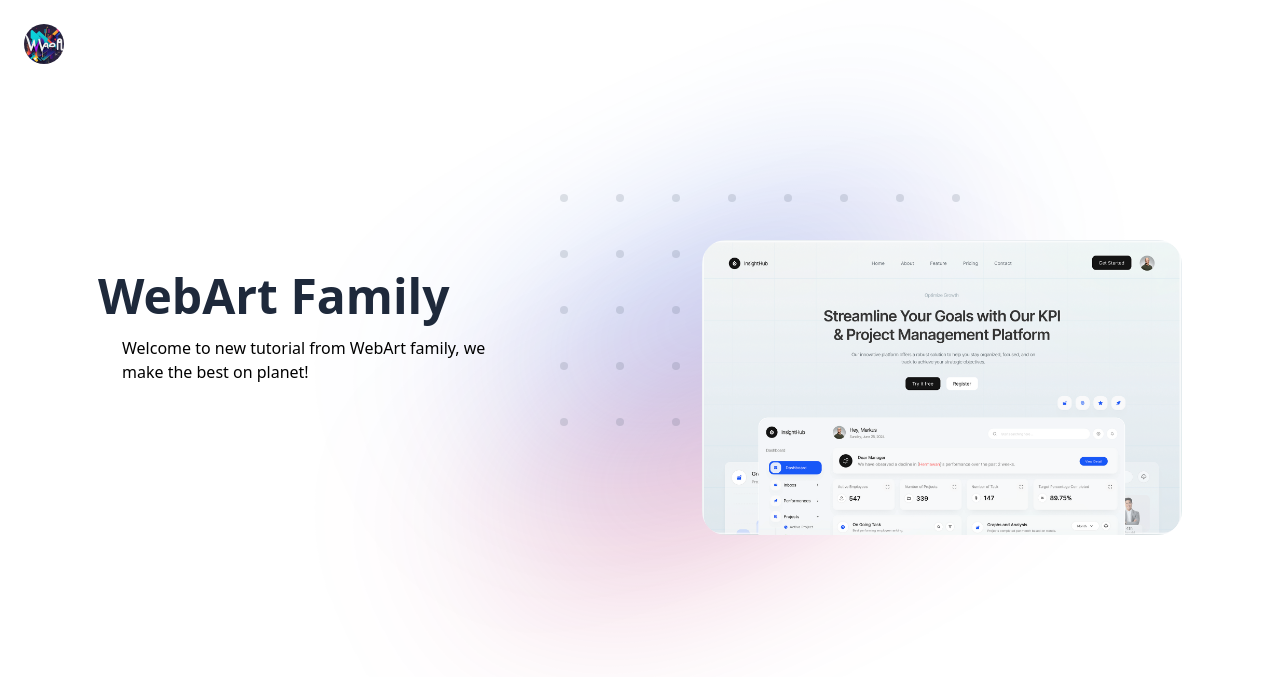
Repository: 30namp/youtube-web-art-code
Page: stunning landing page 1/index.html
The author's editor kept a copy of each file at every save. The page is drawn from the files as they stood at one save, then again after the next save.
The browser window is 1280 px wide. The pictures show the whole page.

Above is the page before, as saved 2024-09-26 21:06:29.

### stunning landing page 1/index.html
<!DOCTYPE html>
<html lang="en">
  <head>
    <meta charset="UTF-8" />
    <meta name="viewport" content="width=device-width, initial-scale=1.0" />
    <title>WebArt Design</title>
    <script src="./tailwindcss.min.js"></script>
  </head>
  <body class="min-h-screen">
    <div
      class="absolute right-[25%] top-[60%] h-12 w-[30rem] rounded-[100%] rotate-[-25deg] bg-pink-700 blur-[6rem]"
    ></div>
    <div
      class="absolute right-[25%] top-[40%] h-12 w-[30rem] rounded-[100%] rotate-[-25deg] bg-blue-700 blur-[6rem]"
    ></div>
    <div
      class="grid grid-cols-8 gap-12 absolute right-[25%] top-[27%] animate-pulse"
    >
      <div class="rounded-full bg-slate-700/30 size-2 shadow-lg"></div>
      <div class="rounded-full bg-slate-700/30 size-2 shadow-lg"></div>
      <div class="rounded-full bg-slate-700/30 size-2 shadow-lg"></div>
      <div class="rounded-full bg-slate-700/30 size-2 shadow-lg"></div>
      <div class="rounded-full bg-slate-700/30 size-2 shadow-lg"></div>
      <div class="rounded-full bg-slate-700/30 size-2 shadow-lg"></div>
      <div class="rounded-full bg-slate-700/30 size-2 shadow-lg"></div>
      <div class="rounded-full bg-slate-700/30 size-2 shadow-lg"></div>
      <div class="rounded-full bg-slate-700/30 size-2 shadow-lg"></div>
      <div class="rounded-full bg-slate-700/30 size-2 shadow-lg"></div>
      <div class="rounded-full bg-slate-700/30 size-2 shadow-lg"></div>
      <div class="rounded-full bg-slate-700/30 size-2 shadow-lg"></div>
      <div class="rounded-full bg-slate-700/30 size-2 shadow-lg"></div>
      <div class="rounded-full bg-slate-700/30 size-2 shadow-lg"></div>
      <div class="rounded-full bg-slate-700/30 size-2 shadow-lg"></div>
      <div class="rounded-full bg-slate-700/30 size-2 shadow-lg"></div>
      <div class="rounded-full bg-slate-700/30 size-2 shadow-lg"></div>
      <div class="rounded-full bg-slate-700/30 size-2 shadow-lg"></div>
      <div class="rounded-full bg-slate-700/30 size-2 shadow-lg"></div>
      <div class="rounded-full bg-slate-700/30 size-2 shadow-lg"></div>
      <div class="rounded-full bg-slate-700/30 size-2 shadow-lg"></div>
      <div class="rounded-full bg-slate-700/30 size-2 shadow-lg"></div>
      <div class="rounded-full bg-slate-700/30 size-2 shadow-lg"></div>
      <div class="rounded-full bg-slate-700/30 size-2 shadow-lg"></div>
      <div class="rounded-full bg-slate-700/30 size-2 shadow-lg"></div>
      <div class="rounded-full bg-slate-700/30 size-2 shadow-lg"></div>
      <div class="rounded-full bg-slate-700/30 size-2 shadow-lg"></div>
      <div class="rounded-full bg-slate-700/30 size-2 shadow-lg"></div>
      <div class="rounded-full bg-slate-700/30 size-2 shadow-lg"></div>
      <div class="rounded-full bg-slate-700/30 size-2 shadow-lg"></div>
      <div class="rounded-full bg-slate-700/30 size-2 shadow-lg"></div>
      <div class="rounded-full bg-slate-700/30 size-2 shadow-lg"></div>
      <div class="rounded-full bg-slate-700/30 size-2 shadow-lg"></div>
      <div class="rounded-full bg-slate-700/30 size-2 shadow-lg"></div>
      <div class="rounded-full bg-slate-700/30 size-2 shadow-lg"></div>
      <div class="rounded-full bg-slate-700/30 size-2 shadow-lg"></div>
      <div class="rounded-full bg-slate-700/30 size-2 shadow-lg"></div>
      <div class="rounded-full bg-slate-700/30 size-2 shadow-lg"></div>
      <div class="rounded-full bg-slate-700/30 size-2 shadow-lg"></div>
      <div class="rounded-full bg-slate-700/30 size-2 shadow-lg"></div>
    </div>

    <!-- navbar -->
    <nav
      class="absolute top-0 left-0 right-0 flex justify-between items-center p-6"
    >
      <a href="/">
        <img class="size-10 rounded-full" src="./assets/img/logo.jpg" alt="" />
      </a>
    </nav>

    <!-- hero section -->
    <div class="hero-section relative pt-60 flex justify-around items-start">
      <div class="content flex flex-col gap-4 pt-8">
        <h1 class="text-5xl font-bold text-slate-800">WebArt Family</h1>
        <div class="description ml-6 w-96">
          Welcome to new tutorial from WebArt family, we make the best on
          planet!
        </div>
      </div>
      <img class="w-[30rem] rounded-3xl" src="./assets/img/img.png" alt="" />
    </div>
  </body>
</html>

Loaded but not shown: stunning landing page 1/tailwindcss.min.js (library)

After the next save:
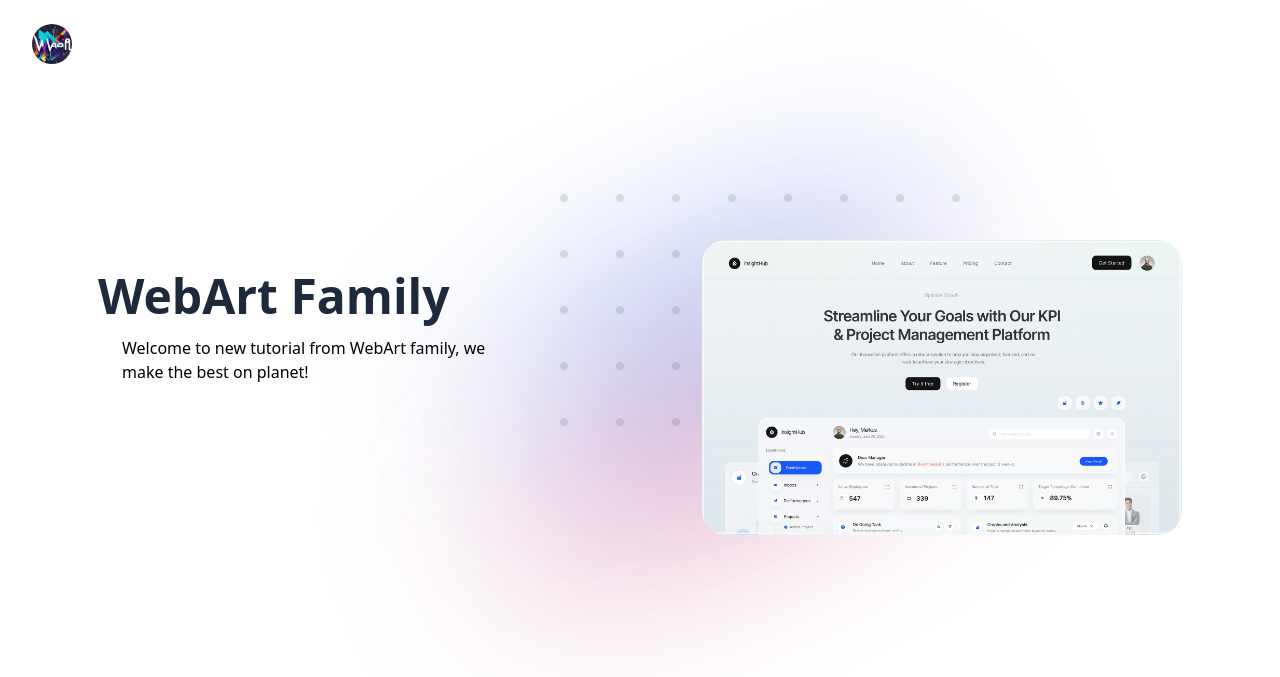
Saved 8 s later.
--- a/stunning landing page 1/index.html
+++ b/stunning landing page 1/index.html
@@ -60,7 +60,7 @@
 
     <!-- navbar -->
     <nav
-      class="absolute top-0 left-0 right-0 flex justify-between items-center p-6"
+      class="absolute top-0 left-0 right-0 flex justify-between items-center p-6 px-8"
     >
       <a href="/">
         <img class="size-10 rounded-full" src="./assets/img/logo.jpg" alt="" />
